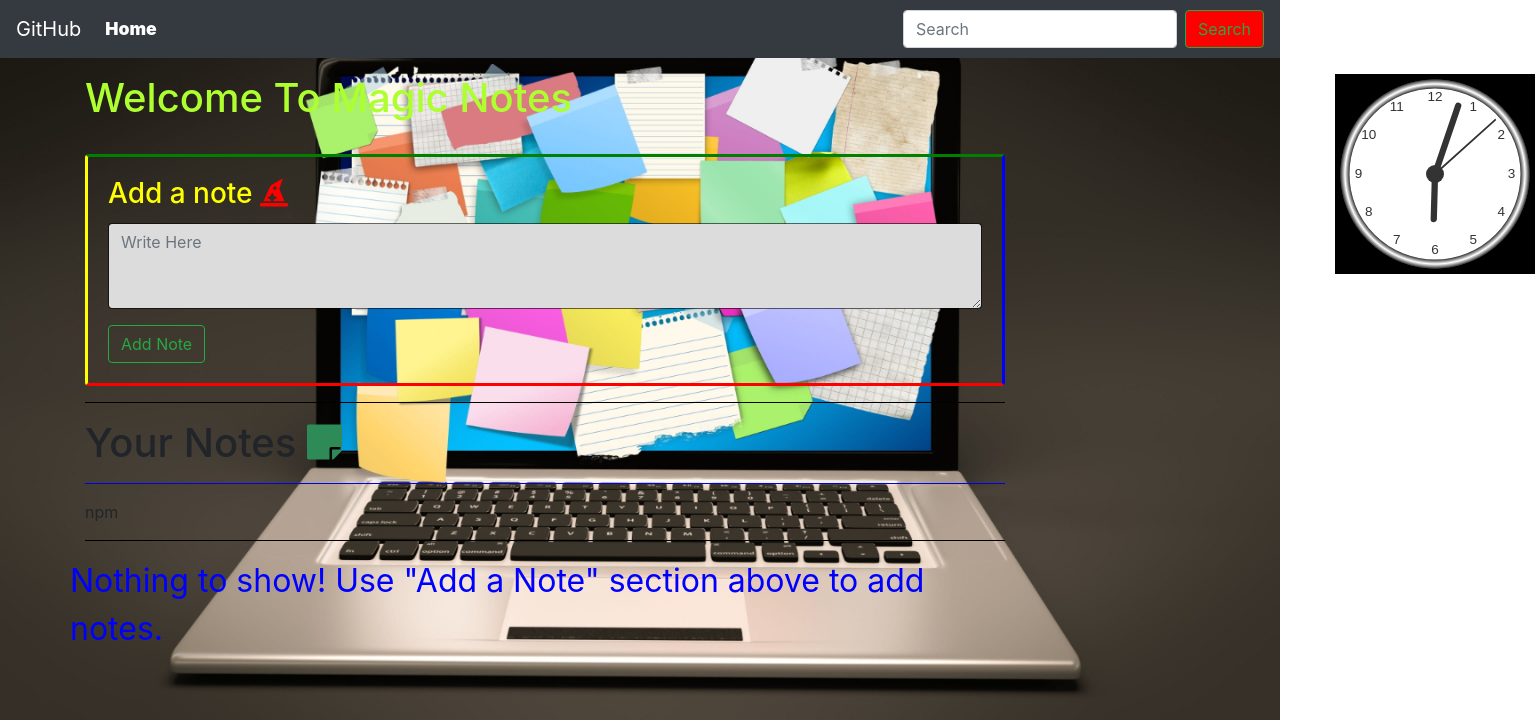
Repository: Prrajainn/Project-MagiCNotes
Page: magicNotes.html
The author's editor kept a copy of each file at every save. The page is drawn from the files as they stood at one save, then again after the next save.
The browser window is 1280 px wide. The page is 1535 px wide, so the pictures cover 1535 px, including what lies to the right of the window. The pictures show the whole page.

Above is the page before, as saved 2020-08-11 21:14:19.

### magicNotes.html
<!doctype html>
<html lang="en">

<head>

  <!-- Required meta tags -->
  <meta charset="utf-8">
  <meta name="viewport" content="width=device-width, initial-scale=1, shrink-to-fit=no">

  <!-- Bootstrap CSS -->
  <link rel="stylesheet" href="bootstrap/css/bootstrap.min.css">
  <link rel="stylesheet" href="fontawesome-free-5.13.0-web/css/all.css">
  <link rel="stylesheet" href="CSS/style.css">

  <title> MagiCNotes </title>
  <style>

    body {
      background-image: url("notes2.jpg");

      background-repeat: no-repeat;
      background-size: cover;

    }
  </style>
</head>

<body>

  <nav class="sticky-top navbar navbar-expand-lg navbar-dark bg-dark">
    <a class="navbar-brand" href="https://github.com/Prrajainn">GitHub</a>
    <button class="navbar-toggler" type="button" data-toggle="collapse" data-target="#navbarSupportedContent"
      aria-controls="navbarSupportedContent" aria-expanded="false" aria-label="Toggle navigation">
      <span class="navbar-toggler-icon"></span>
    </button>

    <div class="collapse navbar-collapse" id="navbarSupportedContent">
      <ul class="navbar-nav mr-auto">
        <li class="nav-item active">
          <a class="nav-link" href="magicNotes.html">Home <span class="sr-only">(current)</span></a>
        </li>

      </ul>
      <form class="form-inline my-2 my-lg-0">
        <input class="form-control mr-sm-2" id="searchTxt" type="search" placeholder="Search" aria-label="Search">
        <button style="background-color: red;" class="btn btn-outline-success my-2 my-sm-0"
          type="submit">Search</button>
      </form>
    </div>
  </nav>
  <div class="container my-3">
    <div class="row">
      <div class="col-10">
        <h1 style="color: greenyellow">Welcome To Magic Notes</h1>
        <br>
        <div style="border: solid ; background-color: transparent ; border-color:green blue red yellow " class="card">
          <div class="card-body">
            <h3 style="color:yellow;" class="card-title">Add a note <i style="color: red ;"
                class="fas fa-hat-wizard"></i></h3>
            <div class="form-group">

              <textarea placeholder="Write Here"
                style=" border-color: rgba(0, 0, 0, 0.589); background-color: gainsboro; " class="form-control"
                id="addTxt" rows="3"></textarea>
            </div>
            <button class="btn btn-outline-success" id="addBtn">Add Note </button>
          </div>
        </div>
        <hr color="black">
        <h1>Your Notes <i style="color: seagreen;" class="fas fa-sticky-note"></i></h1>
        <hr color="blue">npm
        <hr color="black">
        <div id="notes" class="row container-fluid"></div>
      </div>
      <div class="col-2">
        <canvas id="canvas" width="200" height="200" style="background-color: black; margin-left: 300px;"
    >
      </div>
    </div>
  </div>

    <div class="container" style="position: relative;">
      <div class="row">
        <div class="col-7">
        </div>

      </div>
    </div>




    <script src="bootstrap/js/jquery-3.4.1.slim.min.js"></script>
    <script src="bootstrap/js/popper.min.js"></script>
    <script src="bootstrap/js/bootstrap.min.js"></script>
    <script src="app.js"></script>
    <script src="clock.js"></script>
</body>

</html>

### CSS/style.css
#topheader{
    background-color : blue;
    border-bottom: px solid black;
}
#nocolo{
    color: black;
}
.container-fluid{
    padding-left: 0%;
    padding-right: 0%;
}
nav ul li a{

    font-size: 1.1rem;
    font-weight: 1000 ;
}
/*START OF FOOTER*/
.full-footer{
    background-color:#1e3799;
    width: 100%;
}
.top-footer p{
    color: white;
}
.top-footer a{
 font-weight: 600;
    color: whitesmoke;
}
.top-footer h3{
    color: white;
}
.bottom-footer{
    background-color:teal;
}
.bottom-footer p{
    color: white;
}
/* End of footer*/
.myimage{
    width: 50%;
}
.top-hero{
    background-color: salmon;
}
.sea{
  animation-fill-mode: both;
}

### app.js

console.log("Welcome to notes app. This is app.js");
// Pehle hi show notes islie kiya taaki hamesha pehle dikhaye refresh hone ke baad bhi page
showNotes();

// If user adds a note, add it to the localStorage
let addBtn = document.getElementById("addBtn");
addBtn.addEventListener("click", function(e) {

  let addTxt = document.getElementById("addTxt");
  let notes = localStorage.getItem("notes");
  if (notes == null) {
    notesObj = [];
  } else {
    notesObj = JSON.parse(notes);
  }
  notesObj.push(addTxt.value);
  localStorage.setItem("notes", JSON.stringify(notesObj));
  addTxt.value = "";
//   console.log(notesObj);
  showNotes();
});

// Function to show elements from localStorage
function showNotes() {
  let notes = localStorage.getItem("notes");
  if (notes == null) {
    notesObj = [];
  } else {
    notesObj = JSON.parse(notes);
  }
  let html = "";
  notesObj.forEach(function(element, index) { // element maane andar ka content
    html += `
            <div class="noteCard my-2 mx-2 card" style="width: 18rem;">
                    <div class="card-body">
                        <h5 class="card-title">Note ${index + 1}</h5>
                        <p class="card-text"> ${element}</p>
                        <button id="${index}"onclick="deleteNote(this.id)" class="btn btn-primary">Delete Note</button>
                    </div>
                </div>`;
  });
  let notesElm = document.getElementById("notes");
  if (notesObj.length != 0) {
    notesElm.innerHTML = html;
  } else {//notesElm.setAttribute('style','color: blue' );
  notesElm.setAttribute('style','font-size: 200% ; color: blue' );
    notesElm.innerHTML = `  Nothing to show! Use "Add a Note" section above to add notes.`;
  }
}

// Function to delete a note
function deleteNote(index) {
//   console.log("I am deleting", index);

  let notes = localStorage.getItem("notes");
  if (notes == null) {
    notesObj = [];
  } else {
    notesObj = JSON.parse(notes);
  }

  notesObj.splice(index, 1);
  localStorage.setItem("notes", JSON.stringify(notesObj)); // update kar rhe hein
  showNotes();// firse show kar rhe hein
}


let search = document.getElementById('searchTxt');
search.addEventListener("input", function(){

    let inputVal = search.value.toLowerCase();
    // console.log('Input event fired!', inputVal);
    let noteCards = document.getElementsByClassName('noteCard');
    Array.from(noteCards).forEach(function(element){
        let cardTxt = element.getElementsByTagName("p")[0].innerText;
        if(cardTxt.includes(inputVal)){
            element.style.display = "block";
        }
        else{
            element.style.display = "none";
        }
        // console.log(cardTxt);
    })
})

/*
Further Features:
1. Add Title
2. Mark a note as Important
3. Separate notes by user
4. Sync and host to web server
*/

### clock.js
var canvas = document.getElementById("canvas");
var ctx = canvas.getContext("2d");
var radius = canvas.height / 2;
ctx.translate(radius, radius);
radius = radius * 0.90
setInterval(drawClock, 1000);

function drawClock() {
  drawFace(ctx, radius);
  drawNumbers(ctx, radius);
  drawTime(ctx, radius);
}

function drawFace(ctx, radius) {
  var grad;
  ctx.beginPath();
  ctx.arc(0, 0, radius, 0, 2*Math.PI);
  ctx.fillStyle = 'white';
  ctx.fill();
  grad = ctx.createRadialGradient(0,0,radius*0.95, 0,0,radius*1.05);
  grad.addColorStop(0, '#333');
  grad.addColorStop(0.5, 'white');
  grad.addColorStop(1, '#333');
  ctx.strokeStyle = grad;
  ctx.lineWidth = radius*0.1;
  ctx.stroke();
  ctx.beginPath();
  ctx.arc(0, 0, radius*0.1, 0, 2*Math.PI);
  ctx.fillStyle = '#333';
  ctx.fill();
}

function drawNumbers(ctx, radius) {
  var ang;
  var num;
  ctx.font = radius*0.15 + "px arial";
  ctx.textBaseline="middle";
  ctx.textAlign="center";
  for(num = 1; num < 13; num++){
    ang = num * Math.PI / 6;
    ctx.rotate(ang);
    ctx.translate(0, -radius*0.85);
    ctx.rotate(-ang);
    ctx.fillText(num.toString(), 0, 0);
    ctx.rotate(ang);
    ctx.translate(0, radius*0.85);
    ctx.rotate(-ang);
  }
}

function drawTime(ctx, radius){
    var now = new Date();
    var hour = now.getHours();
    var minute = now.getMinutes();
    var second = now.getSeconds();
    //hour
    hour=hour%12;
    hour=(hour*Math.PI/6)+
    (minute*Math.PI/(6*60))+
    (second*Math.PI/(360*60));
    drawHand(ctx, hour, radius*0.5, radius*0.07);
    //minute
    minute=(minute*Math.PI/30)+(second*Math.PI/(30*60));
    drawHand(ctx, minute, radius*0.8, radius*0.07);
    // second
    second=(second*Math.PI/30);
    drawHand(ctx, second, radius*0.9, radius*0.02);
}

function drawHand(ctx, pos, length, width) {
    ctx.beginPath();
    ctx.lineWidth = width;
    ctx.lineCap = "round";
    ctx.moveTo(0,0);
    ctx.rotate(pos);
    ctx.lineTo(0, -length);
    ctx.stroke();
    ctx.rotate(-pos);
}

Loaded but not shown: bootstrap/css/bootstrap.min.css (library); fontawesome-free-5.13.0-web/css/all.css (library); bootstrap/js/jquery-3.4.1.slim.min.js (library); bootstrap/js/popper.min.js (library); bootstrap/js/bootstrap.min.js (library)

After the next save:
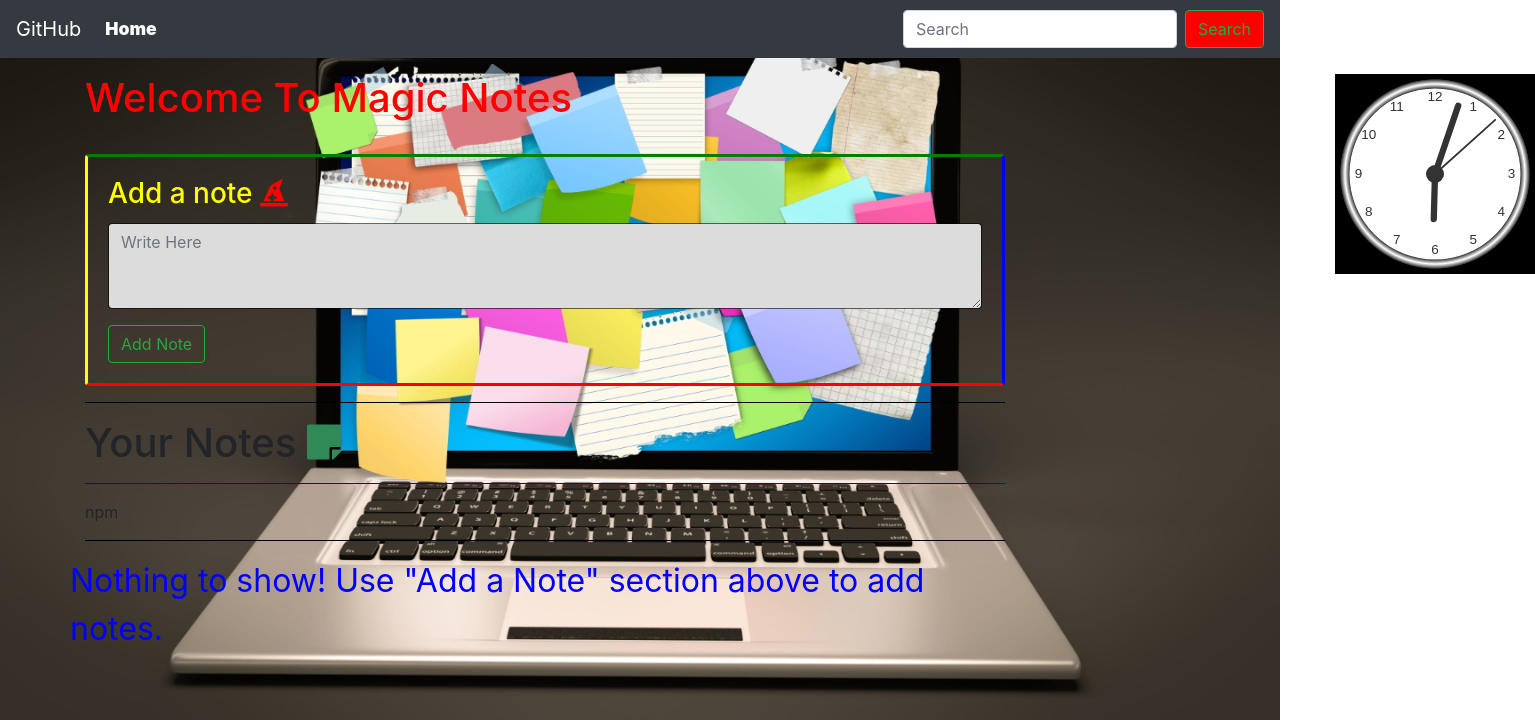
Saved 11 s later.
--- a/magicNotes.html
+++ b/magicNotes.html
@@ -51,7 +51,7 @@
   <div class="container my-3">
     <div class="row">
       <div class="col-10">
-        <h1 style="color: greenyellow">Welcome To Magic Notes</h1>
+        <h1 style="color: red">Welcome To Magic Notes</h1>
         <br>
         <div style="border: solid ; background-color: transparent ; border-color:green blue red yellow " class="card">
           <div class="card-body">
